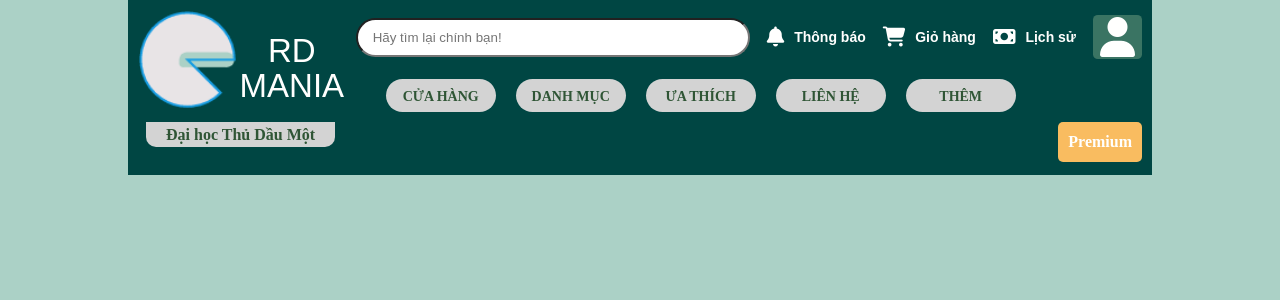
Repository: BinhTeach/rdmania
Page: Html/main.html
The author's editor kept a copy of each file at every save. The page is drawn from the files as they stood at one save, then again after the next save.
The browser window is 1280 px wide. The pictures show the whole page.
Some web fonts or font styles are not loaded; a fallback is used. Some web libraries are served in a nearby version.

Above is the page before, as saved 2024-03-01 00:32:57.

### Html/main.html
<!DOCTYPE html>
<html lang="en">
<head>
    <meta charset="UTF-8">
    <meta name="viewport" content="width=device-width, initial-scale=1.0">
    <title>RDMania Store</title>
    <link rel="stylesheet" href="../Css/styles.css">
    <script src="https://kit.fontawesome.com/45c2fe20a1.js" crossorigin="anonymous"></script>
    <link rel="shortcut icon" type="image/png" href="../Image/logo.png">
    <script src="../Script/main.js"></script>
    <link href="https://fonts.cdnfonts.com/css/algeria" rel="stylesheet">
</head>
<body>
     <div id="header">
          <div class="header--container">
               <img onclick="appearMenu()" src="../Image/logo.png" alt="">
               <div class="header__title--logo">RD MANIA</div>
               <nav>
                    <ul class="header__nav header__nav--up">
                         <li>
                              <input class="header__nav--find" type="text" placeholder="Hãy tìm lại chính bạn!">
                         </li>
                         <li class="header__nav--icon"><i class="fa-solid fa-bell"></i></li>
                         <li class="header__nav--titleSymbol">Thông báo</li>
                         <li class="header__nav--icon"><i class="fa-solid fa-cart-shopping"></i></i></li>
                         <li class="header__nav--titleSymbol">Giỏ hàng</li>
                         <li class="header__nav--icon " name="history-bill"><i class="fa-solid fa-money-bill"></i></li>
                         <li class="header__nav--titleSymbol">Lịch sử</li>
                         <li class="header__nav--icon fa-user--up" name='user'><i class="fa-solid fa-user"></i></li>
                    </ul>
                    <ul class="header__nav--center">
                         <li class="header__nav--menu"><a href="">Cửa hàng</a></li>
                         <li onClick="sideBar_appear()" class="header__nav--menu"><a href="">Danh mục</a>
                              <div id="sideBar__hidden">
                                   <details class="sideBar__Menu">
                                        <summary>Thắt lưng Rider</summary>
                                        <ul class="sideBar__dropList">
                                             <li class="siedeBar__dropList--sub"><a href="">Dx</a></li>
                                             <li class="siedeBar__dropList--sub"><a href="">Csm</a></li>
                                        </ul>
                                   </details>
                         `    </div>
                         </li>
                         <li class="header__nav--menu"><a href="">Ưa thích</a></li>
                         <li class="header__nav--menu"><a href="">Liên hệ</a></li>
                         <li class="header__nav--menu"><a href="">Thêm</a></li>
                    </ul>
               </nav>
          </div>
          <ul class="header__nav--down">
               <li class="header__nav--address">Đại học Thủ Dầu Một</li>
               <li class="header__nav--premium">Premium</li>
          </ul>
     </div>
</body>
<script>
     var bl = false;
     window.addEventListener('load', function(){
          if(innerWidth < 768 && bl === false){
               appearMenu();
               bl = true;
          }
          window.addEventListener('resize', function(){
               if(innerWidth < 768 && bl === false){
               appearMenu();
               bl = true;
          }
          })

     })
     function appearMenu() {
  var parentElement = document.getElementsByClassName('header--container')[0];
  var newDiv = document.createElement('div');
  parentElement.appendChild(newDiv);
  newDiv.classList.add('iconMenu');
  newDiv.innerHTML = '&#9776;';
  newDiv.id = "newMenu";
  newDiv.addEventListener('click', clickMenu);
  document.documentElement.style.setProperty('--set-Width', window.innerWidth + 'px');
     var element = document.getElementsByClassName('header__nav--icon')[0];
     }
function clickMenu() {
  let clickMenu = document.getElementsByClassName('header__nav--icon');
  for(let element of clickMenu){
     element.style.display = 'block';
  }
  let noneMenu = document.getElementsByClassName('iconMenu')[0];
  noneMenu.style.display ='none';
  let userUp = document.getElementsByClassName('header__nav--icon')[3];
  userUp.classList.add('fa-user--up');
}
function sideBar_appear(){
     var appear = document.getElementById('sideBar__hidden');
     appear.removeAttribute("display");
}

</script>
</html>

### Css/styles.css
*{
    margin:0px;
    padding: 0px;
}
@import url('https://fonts.cdnfonts.com/css/algeria');
ul{
    list-style: none;
}
@media screen and (max-width: 767.89px) {
    .header--container img{
        margin-left:-5px;
    }
    .header__title--logo{
        position: absolute;
        top:25px;
        left:110px;
    }
    nav ul li{
        display:none;
    }

    .header__nav--icon{
        margin-top: 70px;
    }
    #header{
        margin-top:10px;
        height: 130px;
        display:flex;
        flex-direction: column;
        align-items: start;
    }
    .header__nav--up{
        height: 100px;
        width: 100%;
        display: none;
    }
    .header__nav--down{
        position:absolute;
        flex-direction: start;
        top: 160px;
        align-items: center;
    }
    .header__nav--down li{
        margin-left: 15px;
        margin-top: -7px;
    }
    .header__nav--down li:nth-child(2){
        margin-left: 50px;
    }
    .header__nav--up{
        position: fixed;
        left:110px;
        top:5px;
    }
    .fa-user--up{
        position:fixed;
        top: -50px;
        right: 5px;
        font-size: 100px;
    }
    .header__nav--premium{
        position: fixed;
        right:0;
        top:130px;
    }
    .header__nav--address{
        border-radius:10px;
        position: absolute;
        top:-10px;
        left: 20px;
        white-space:nowrap;
    }
}
.iconMenu{
    font-size: 30px;
    color:white;
    display: flex;
    padding-top: 5px;
    align-items: center;
    cursor:pointer;
    position: absolute;
    left: 300px;
    top: 58px;
}
@media screen and (min-width: 768px) and (max-width:1023.98px) {
    #header{
        max-width: 100vw;
    }
    .header--container img{
        margin-left:10px;
        margin-top:30px;
        position: relative;
        left:0;
        top:15px;
    }
    .header__title--logo{
        margin-top: 10px;
        white-space: wrap;
        text-wrap: wrap;
        flex:0.5;
    }
    nav{
        justify-content: end;
        margin-top:20px;
        flex:2;
    }
    .fa-user--up{
        position: fixed;
        margin-right: 5px;
        font-size: 100px;
        right:0;
    }
    .header__nav--premium{
        margin-top: 0px;
    }
    .header__nav--address{
        margin-top:10px;
        border-top-right-radius:10px;
    }
    nav ul.header__nav--up li input,.header__nav--menu:nth-child(3), .header__nav--menu:nth-child(5){
        display:none;
    }
    .header__nav--icon, .header__nav--menu{
        margin-left: 20px;
    }
    .iconMenu{
        display: none;
    }
}
@media screen and (min-width: 1024px) {
    .iconMenu{
        display: none;
    }
}
body{
    background-color: #ABD1C6;
    color: #fffffe;
}

#header{
    position:fixed;
    top:0;
    left: 0;
    right: 0;
    margin: 0 auto;
    width: 1024px;
    background-color: #004643;
    height: 175px;
}
.header--container{
    display: flex;
}
.header--container img{
    border-radius: 100%;
    margin-left: 10px;
    margin-top: 10px;
    width: 100px;
    height: 100px;
}
nav{
    display:flex;
    flex-direction: column;
}
.header__title--logo{
    font-family: 'Algeria', sans-serif;
    align-self: center;
    font-size: 33px;
    text-align: center;
    padding-top: 15px;
    line-height: 1.05;
}
.header__nav{
    display:flex;
    flex-direction: row;
    padding: 5px;
    align-items: center;
}
.header__nav--up{
    padding-top:10px;
}
.header__nav>li{
    padding:5px;
    text-wrap:nowrap;
}
.header__nav li:nth-child(even){
    padding-left: 12px;
}
.header__nav--find{
    border-radius: 30px;
    flex: 1;
    width: 390px;
    height: 35px;
}
.header__nav--find::placeholder{
    padding-left: 15px;
    font-family: Arial, Helvetica, sans-serif;
}
.header__nav--icon{
    font-size:20px;
    cursor:pointer;
}
.header__nav--titleSymbol{
    font-family: Arial, Helvetica, sans-serif;
    font-size: 14px;
    cursor:pointer;
    font-weight: 700;
}
.fa-user{
    font-size: 40px;
    background-color: #3a7463;
    padding: 2px 7px;
    border-radius: 10%;
}
.header__nav--center{
    display:flex;
}

.header__nav--menu:nth-child(1){
    margin-left: 40px;
}
.header__nav--menu a{
    text-decoration: none;
    text-transform: uppercase;
    font-size: 14px;
    font-weight: 600;
    color: #2f5535;
    display: flex;
    align-items: center;
    justify-content: center;
    position: relative;
}

.header__nav--down{
    display:flex;
    justify-content: space-between;
}
.header__nav--address{
    padding: 0 20px;
    border-bottom-left-radius: 10px;
    border-bottom-right-radius: 10px;
    background-color: #D3D3D3;
    color:#2f5535;
    height: 25px;
    display: flex;
    align-items: center;
    font-weight: 600;
    margin-left: 18px;
}
.header__nav--premium{
    height:40px;
    background-color: #F9BC60;
    color: #fffffe;
    font-weight: 600;
    margin-right:10px;
    padding:0 10px;
    display:flex;
    align-items: center;
    justify-content: center;
    border-radius: 5px;
    cursor:cell;
}
.header__nav--menu{
    padding: 0 15px;
    padding-top: 10px;
    border-radius: 30px;
    background-color:#D3D3D3;
    width: 80px;
    height: 23px;
    text-align:center;
    margin:10px;

}
.header__nav--menu:nth-child(2){
    position: relative;
}
#sideBar__appear{
    display:block;
}
#sideBar__hidden{
    display:none;
    position: absolute;
}
.sideBar__Menu{

}
.sideBar__dropList{

}
.siedeBar__dropList--sub{

}

### Script/main.js
var S = 'xin chào bạn';
S.slice(4);
console.log(S.charAt(2, 5));

After the next save:
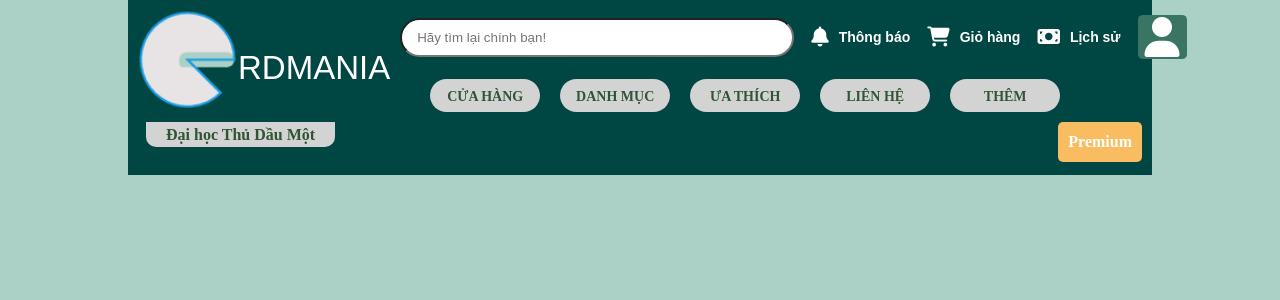
Saved 30 s later.
--- a/Html/main.html
+++ b/Html/main.html
@@ -14,7 +14,7 @@
      <div id="header">
           <div class="header--container">
                <img onclick="appearMenu()" src="../Image/logo.png" alt="">
-               <div class="header__title--logo">RD MANIA</div>
+               <div class="header__title--logo">RDMANIA</div>
                <nav>
                     <ul class="header__nav header__nav--up">
                          <li>

After the save that followed:
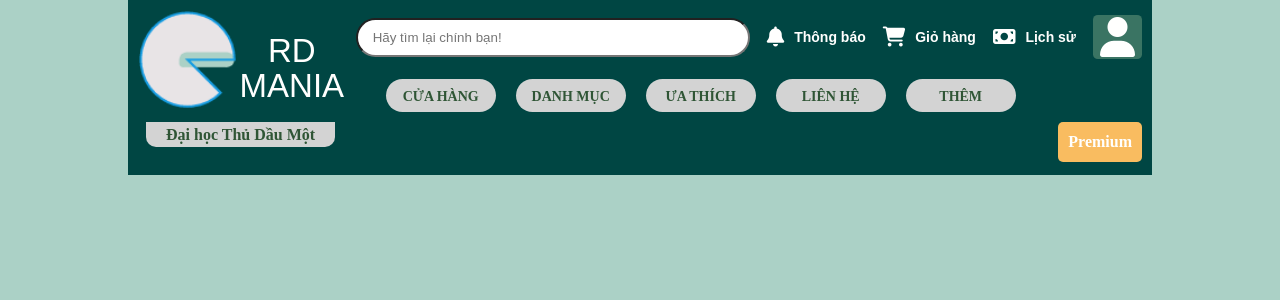
Saved 28 s later.
--- a/Html/main.html
+++ b/Html/main.html
@@ -14,7 +14,8 @@
      <div id="header">
           <div class="header--container">
                <img onclick="appearMenu()" src="../Image/logo.png" alt="">
-               <div class="header__title--logo">RDMANIA</div>
+               <div class="header__title--logo">RD
+                    MANIA</div>
                <nav>
                     <ul class="header__nav header__nav--up">
                          <li>
